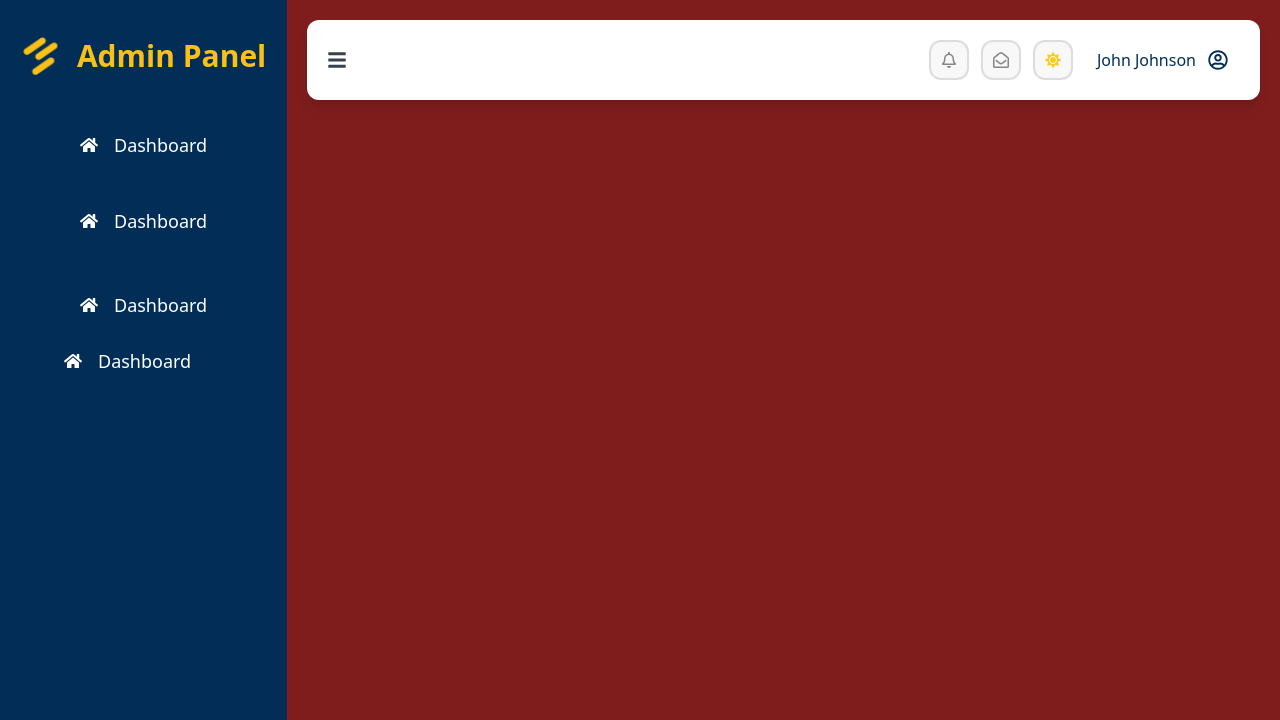
Repository: farrelmuhammad/redesign-bo
Page: /
These files come from the project's save history. The page is drawn as it stood at one moment and after the next save; the edit follows.
The browser window is 1280 px wide. The pictures show the whole page.
The project was rebuilt for these pictures with package versions that can differ from the ones it lists, and the page was loaded fresh each time. Also part of the build but not shown: src/App.css.

Above is the page before, as saved 2024-03-02 19:54:33.

### src/App.tsx
import React from 'react';
import logo from './logo.svg';
import './App.css';
import Navbar from './components/Navbar';
import Sidebar from './components/Sidebar';

function App() {
  return (
    <section className='bg-red-900 h-screen w-screen flex font-poppins text-white'>
      <Sidebar />
      <Navbar />
    </section>
  );
}

export default App;

### src/components/Navbar.tsx
import React from 'react'
import { FaBars, FaMoon, FaRegBell, FaRegEnvelopeOpen, FaRegUserCircle, FaSun } from "react-icons/fa";

const Navbar = () => {
    return (
        <nav className='bg-white h-20 w-full flex flex-row justify-between items-center px-5 m-5 rounded-xl shadow-lg'>
            <div className="flex flex-1 justify-start items-center">
                <button className='text-xl text-gray-700 hover:text-black'>
                    <FaBars />
                </button>
            </div>
            <div className="flex flex-1 flex-row gap-3 justify-end items-end">
                <button className='flex justify-center items-center h-10 w-10 text-[#868686] bg-[#F8F8F8] rounded-xl border-[2px] border-[#DDDDDD] hover:border-gray-500 hover:text-gray-500'>
                    <FaRegBell />
                </button>
                <button className='flex justify-center items-center h-10 w-10 text-[#868686] bg-[#F8F8F8] rounded-xl border-[2px] border-[#DDDDDD] hover:border-gray-500 hover:text-gray-500'>
                    <FaRegEnvelopeOpen />
                </button>
                <button className='flex justify-center items-center h-10 w-10 rounded-xl border-[2px] border-[#DDDDDD] bg-[#F8F8F8] text-yellow-400 hover:border-gray-500 hover:text-yellow-500'>
                    <FaSun />
                    {/* <FaMoon /> */}
                </button>
                <button className='flex flex-row justify-center items-center py-2 px-3 gap-3 text-[#022D57] hover:text-[#1e183a]'>
                    John Johnson <FaRegUserCircle className='text-xl' />
                </button>
            </div>
        </nav>
    )
}

export default Navbar

### src/components/Sidebar.tsx
import React from 'react'
import Logo from '../assets/images/Logo.png'
import { FaHome } from 'react-icons/fa'

const Sidebar = () => {
    return (
        <aside className='flex flex-col h-full w-1/4 justify-start items-center bg-[#022D57] py-5'>
            <div className="flex flex-row h-20 justify-start gap-4 items-center">
                <img className="h-10 w-10" src={Logo} alt="" />
                <h1 className='font-bold text-3xl text-[#F9C017]'>Admin Panel</h1>
            </div>
            <div className="flex flex-col h-full w-full justify-start gap-4 items-start py-5 px-16">
                <ul className='flex flex-col gap-2 w-full font-medium text-lg'>
                    <li className='w-full'>
                        <button className='flex flex-row justify-start w-full items-center gap-4 py-5 px-4 hover:rounded-xl hover:bg-[#3996DC] hover:bg-opacity-[20%] hover:'>
                        <FaHome /> Dashboard
                        </button>
                    </li>
                    <li className='w-full'>
                        <button className='flex flex-row justify-start w-full items-center gap-4 py-5 px-4 hover:rounded-xl hover:bg-[#3996DC] hover:bg-opacity-[20%] hover:'>
                        <FaHome /> Dashboard
                        </button>
                    </li>
                </ul>
                <ul className='flex flex-col gap-2 font-medium text-lg'>
                    <li className='w-full'>
                        <button className='flex flex-row justify-start w-full items-center gap-4 py-5 px-4 hover:rounded-xl hover:bg-[#3996DC] hover:bg-opacity-[20%] hover:'>
                        <FaHome /> Dashboard
                        </button>
                    </li>
                    <li className='flex flex-row justify-start items-center gap-4'>
                        <FaHome /> Dashboard
                    </li>
                </ul>
            </div>
        </aside>
    )
}

export default Sidebar

Loaded but not shown: public/index.html (common file); src/index.tsx (common file); src/index.css (common file); src/reportWebVitals.ts (common file); tailwind.config.js (common file)

After the next save:
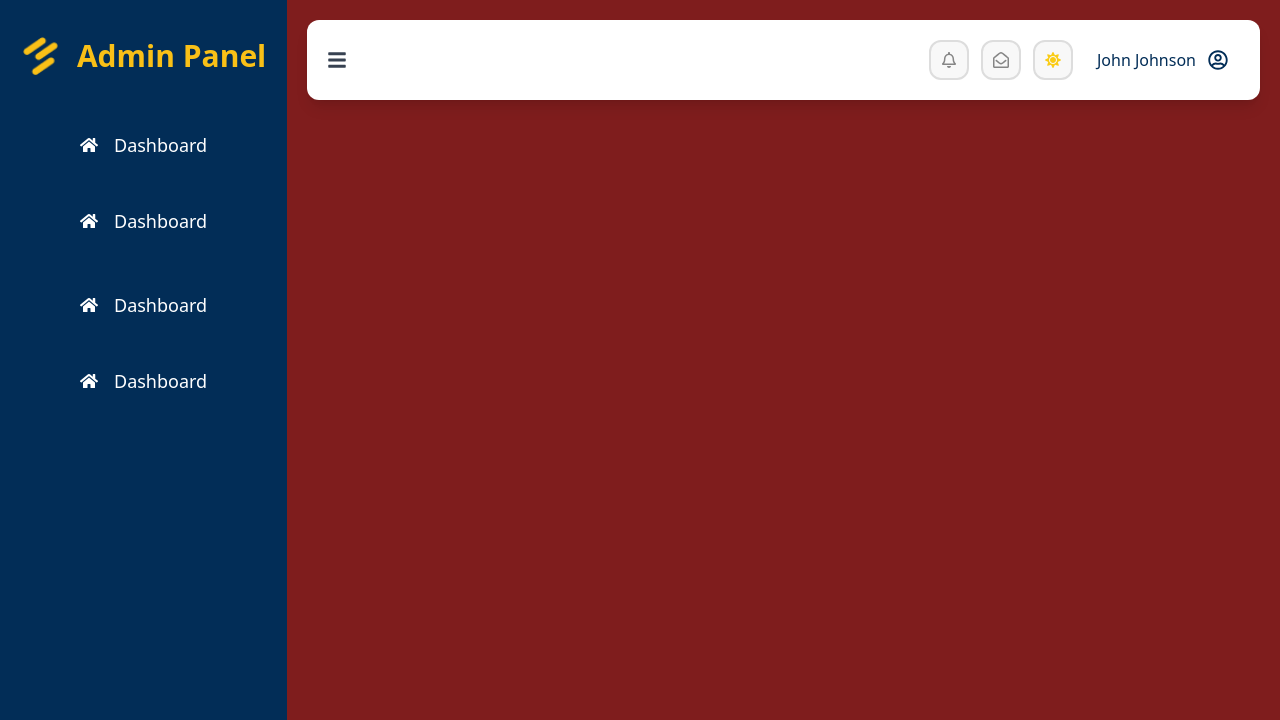
Saved 10 s later.
--- a/src/components/Sidebar.tsx
+++ b/src/components/Sidebar.tsx
@@ -13,23 +13,25 @@ const Sidebar = () => {
                 <ul className='flex flex-col gap-2 w-full font-medium text-lg'>
                     <li className='w-full'>
                         <button className='flex flex-row justify-start w-full items-center gap-4 py-5 px-4 hover:rounded-xl hover:bg-[#3996DC] hover:bg-opacity-[20%] hover:'>
-                        <FaHome /> Dashboard
+                            <FaHome /> Dashboard
                         </button>
                     </li>
                     <li className='w-full'>
                         <button className='flex flex-row justify-start w-full items-center gap-4 py-5 px-4 hover:rounded-xl hover:bg-[#3996DC] hover:bg-opacity-[20%] hover:'>
-                        <FaHome /> Dashboard
+                            <FaHome /> Dashboard
                         </button>
                     </li>
                 </ul>
                 <ul className='flex flex-col gap-2 font-medium text-lg'>
                     <li className='w-full'>
                         <button className='flex flex-row justify-start w-full items-center gap-4 py-5 px-4 hover:rounded-xl hover:bg-[#3996DC] hover:bg-opacity-[20%] hover:'>
-                        <FaHome /> Dashboard
+                            <FaHome /> Dashboard
                         </button>
                     </li>
-                    <li className='flex flex-row justify-start items-center gap-4'>
-                        <FaHome /> Dashboard
+                    <li className='w-full'>
+                        <button className='flex flex-row justify-start w-full items-center gap-4 py-5 px-4 hover:rounded-xl hover:bg-[#3996DC] hover:bg-opacity-[20%] hover:'>
+                            <FaHome /> Dashboard
+                        </button>
                     </li>
                 </ul>
             </div>
